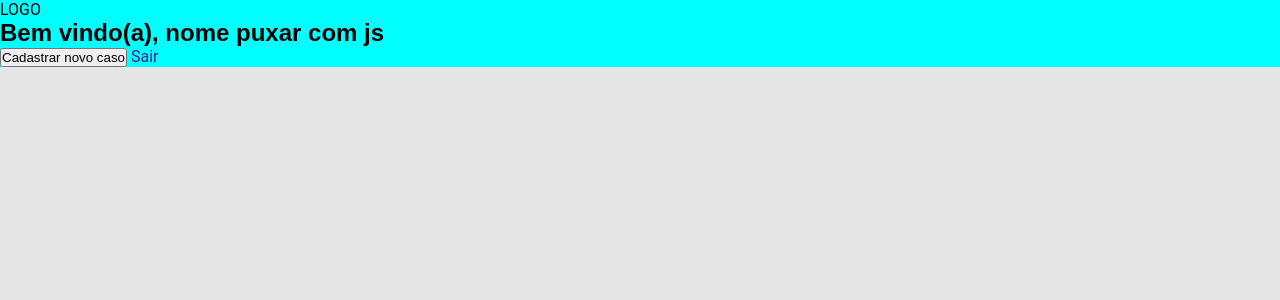
Repository: Dirlandia404/Casos
Page: src/pages/cadastroOng.html
These files come from the project's save history. The page is drawn as it stood at one moment and after the next save; the edit follows.
The browser window is 1280 px wide. The pictures show the whole page.

Above is the page before, as saved 2021-07-14 10:25:17.

After the next save:
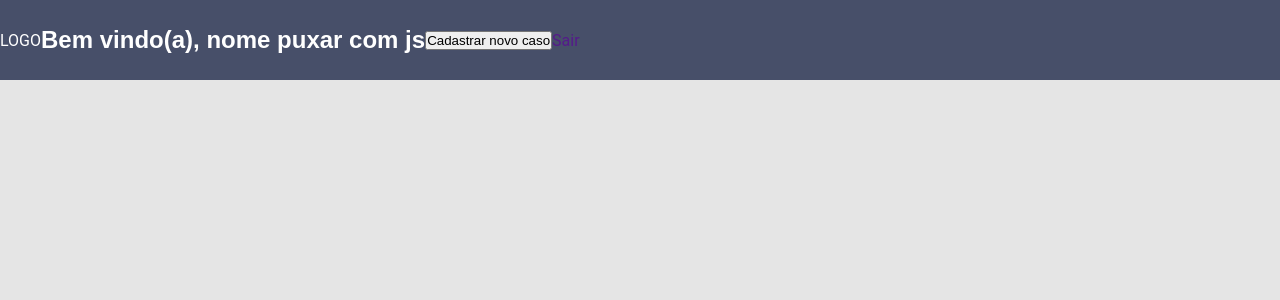
Saved 3 min 15 s later.
--- a/src/style/cadastroOng.css
+++ b/src/style/cadastroOng.css
@@ -1,4 +1,8 @@
 header{
-   background-color: aqua;
-   align-items: center;
+    height: 5rem;
+    background: rgba(5, 17, 54, 0.7);
+    color: white;
+    display: flex;
+    align-items: center;
+    justify-content: flex-start;
 }
